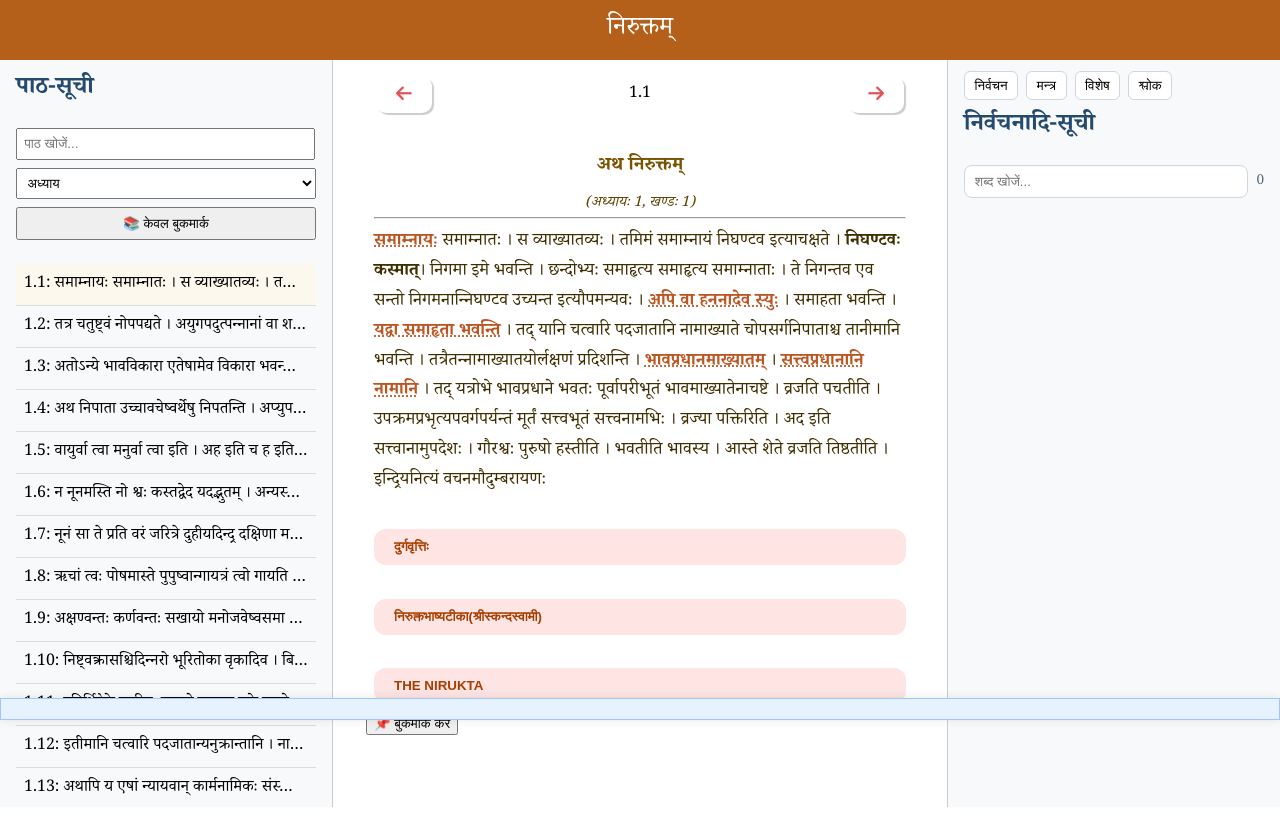
Repository: sanskritsphere/Niruktam
Page: index.html
The author's editor kept a copy of each file at every save. The page is drawn from the files as they stood at one save, then again after the next save.
The browser window is 1280 px wide. The pictures show the whole page.
Some web fonts or font styles are not loaded; a fallback is used.

Above is the page before, as saved 2025-12-14 08:03:53.

After the next save:
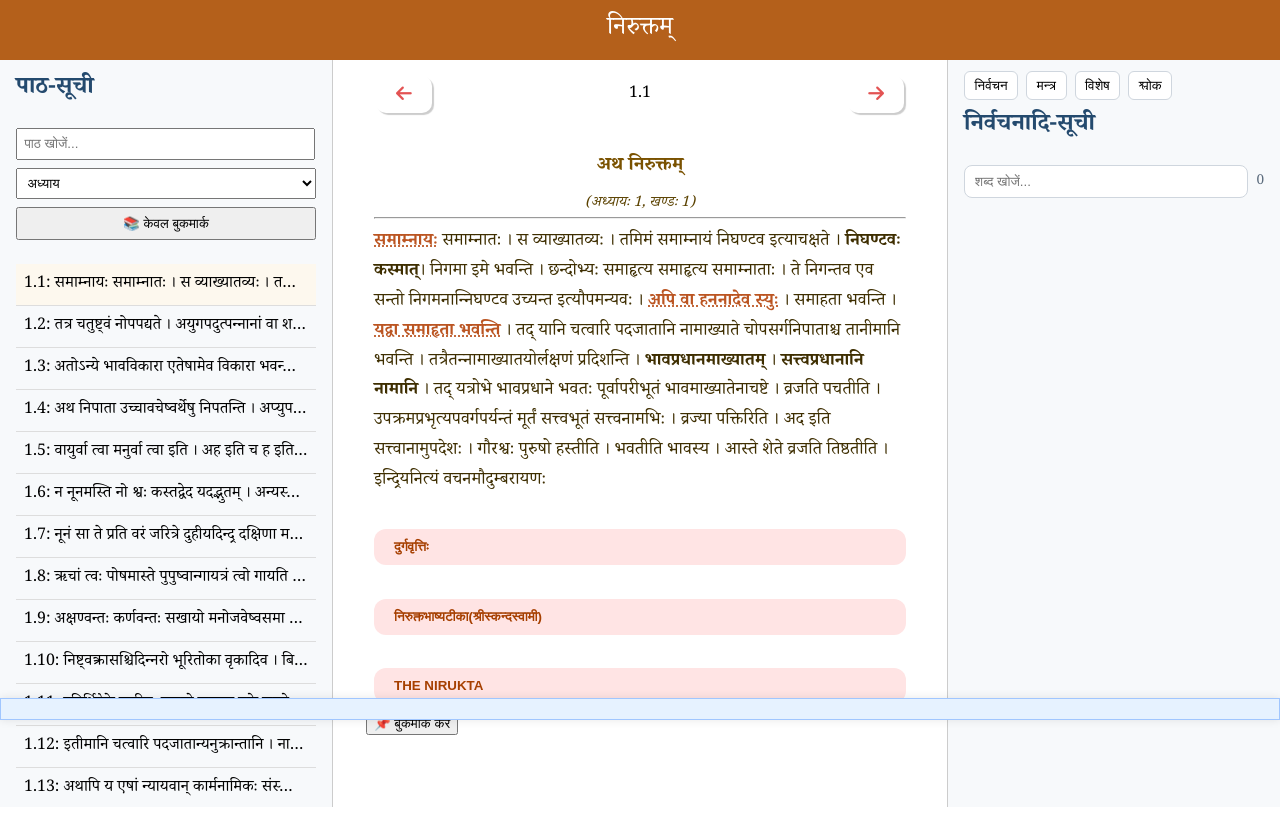
Saved 3 min 25 s later.
--- a/script.js
+++ b/script.js
@@ -7,7 +7,7 @@ const customVyakhya = [
     "vyakhya": "सम्यक् आम्नातः शास्त्रीय शब्दसमूहः, जो परम्परया गुरु-शिष्यक्रमेण प्राप्त होता है।"
   },
   {
-    "shabda": "निघण्टवः ",
+    "shabda": "निघण्टवः",
     "vyakhya": "निघण्टु शब्द की उत्पत्ति के कारण की जिज्ञासा।"
   },
   {
@@ -19,11 +19,11 @@ const customVyakhya = [
     "vyakhya": "छन्दों से शब्दों के संग्रह के कारण निघण्टु नामकरण का दूसरा मत।"
   },
   {
-    "shabda": "भावप्रधानमाख्यातम्",
+    "shabda": "आख्यातम्",
     "vyakhya": "जिस पद में क्रिया या भाव की प्रधानता हो, वह आख्यात कहलाता है।"
   },
   {
-    "shabda": "सत्त्वप्रधानानि नामानि",
+    "shabda": "नामानि",
     "vyakhya": "जिस पद में द्रव्य या वस्तु का बोध प्रधान हो, वह नामपद होता है।"
   }
 ];
